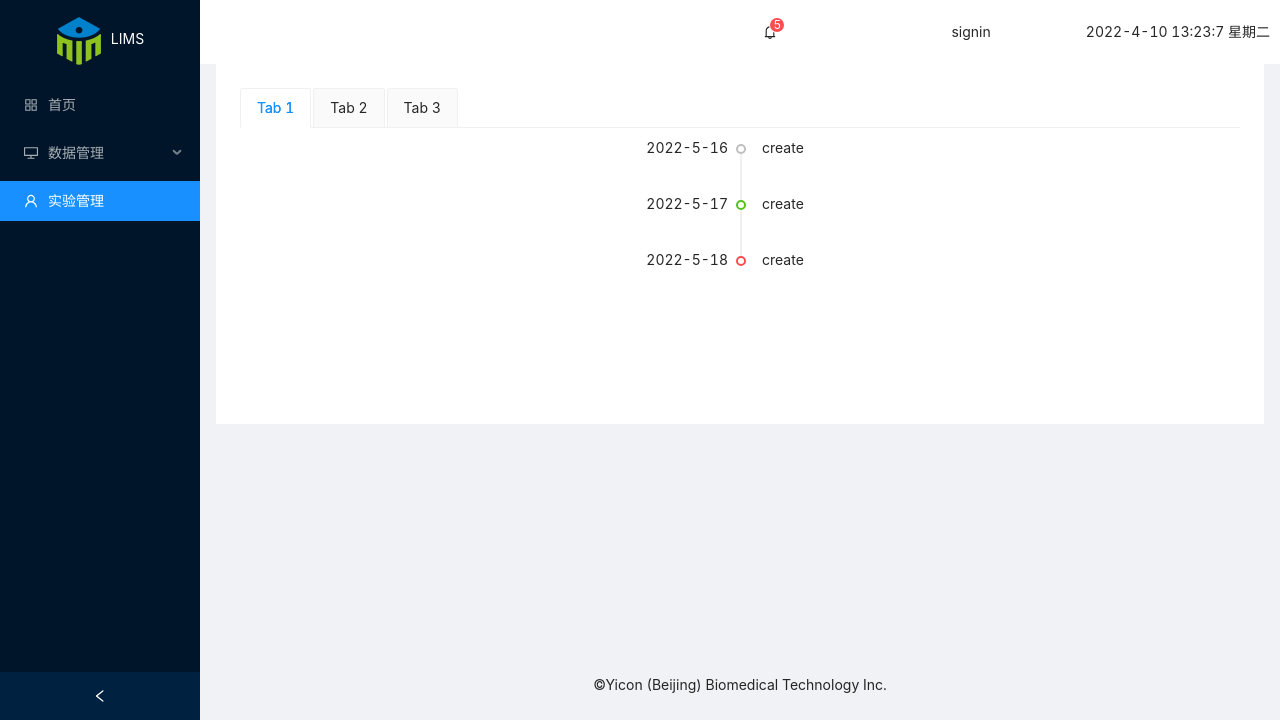
Repository: cornerdream/lims
Page: /experiment
An editor plug-in stored every save of this project. The page is shown before and after the next save, followed by the edit.
The browser window is 1280 px wide. The pictures show the whole page.
The project was rebuilt for these pictures with package versions that can differ from the ones it lists, and the page was loaded fresh each time. Also part of the build but not shown: src/components/core/home.js, src/components/core/signin.js, src/components/core/moreOrder.js, src/components/core/moreSample.js, src/components/core/moreReport.js, src/components/core/moreProject.js, src/components/core/moreResources.js, src/components/views/data.js and 2 more.

Above is the page before, as saved 2022-05-18 15:04:08.

### public/index.html
<!DOCTYPE html>
<html lang="en">
  <head>
    <meta charset="utf-8" />
    <link rel="icon" href="%PUBLIC_URL%/favicon.ico" />
    <meta name="viewport" content="width=device-width, initial-scale=1" />
    <meta name="theme-color" content="#000000" />
    <meta
      name="description"
      content="Web site created using create-react-app"
    />
    <link rel="apple-touch-icon" href="%PUBLIC_URL%/logo192.png" />
    <!--
      manifest.json provides metadata used when your web app is installed on a
      user's mobile device or desktop. See https://developers.google.com/web/fundamentals/web-app-manifest/
    -->
    <link rel="manifest" href="%PUBLIC_URL%/manifest.json" />
    <!--
      Notice the use of %PUBLIC_URL% in the tags above.
      It will be replaced with the URL of the `public` folder during the build.
      Only files inside the `public` folder can be referenced from the HTML.

      Unlike "/favicon.ico" or "favicon.ico", "%PUBLIC_URL%/favicon.ico" will
      work correctly both with client-side routing and a non-root public URL.
      Learn how to configure a non-root public URL by running `npm run build`.
    -->
    <!-- <link rel="stylesheet" href="https://cdnjs.cloudflare.com/ajax/libs/antd/4.20.2/antd.min.css" /> -->
    <title>React App</title>
  </head>
  <body>
    <noscript>You need to enable JavaScript to run this app.</noscript>
    <div id="root"></div>
    <!--
      This HTML file is a template.
      If you open it directly in the browser, you will see an empty page.

      You can add webfonts, meta tags, or analytics to this file.
      The build step will place the bundled scripts into the <body> tag.

      To begin the development, run `npm start` or `yarn start`.
      To create a production bundle, use `npm run build` or `yarn build`.
    -->
  </body>
</html>

### src/index.js
import React from 'react';
import ReactDOM from 'react-dom/client';


import App from './App';
import reportWebVitals from './reportWebVitals';

import 'antd/dist/antd.css';
import './index.css';

// import ReactDOM from "react-dom"
import {BrowserRouter} from 'react-router-dom'
import MyLayout from './components/core/layout';
import PathRoute from './router';
const root = ReactDOM.createRoot(document.getElementById('root'));
root.render(
  <React.StrictMode>
    <App />

    {/* <PathRoute /> */}
    {/* <Layout>
        <PathRoute />
      </Layout> */}
  </React.StrictMode>
);
// ReactDOM.render(
//   <MyLayout>
//     <PathRoute />
//   </MyLayout>,
//   document.getElementById('root')
// )
// If you want to start measuring performance in your app, pass a function
// to log results (for example: reportWebVitals(console.log))
// or send to an analytics endpoint. Learn more: https://bit.ly/CRA-vitals
// reportWebVitals();

### src/App.js
// import logo from './logo.svg';
import './App.css';
import MyLayout from './components/core/layout'
import PathRoute from './router';

import { Provider } from "react-redux";
import store from './store';

function App() {
  return (
    <Provider store={store}>
    <div className="App">
      {/* <header className="App-header">
        <img src={logo} className="App-logo" alt="logo" />
        <p>
          Edit <code>src/App.js</code> and save to reload.
        </p>
        <a
          className="App-link"
          href="https://reactjs.org"
          target="_blank"
          rel="noopener noreferrer"
        >
          Learn React
        </a>
      </header> */}
      {/* <MyLayout> */}
        <PathRoute />
      {/* </MyLayout> */}
    </div>
    </Provider>
  );
}

export default App;

### src/index.css
body {
  margin: 0;
  font-family: -apple-system, BlinkMacSystemFont, 'Segoe UI', 'Roboto', 'Oxygen',
    'Ubuntu', 'Cantarell', 'Fira Sans', 'Droid Sans', 'Helvetica Neue',
    sans-serif;
  -webkit-font-smoothing: antialiased;
  -moz-osx-font-smoothing: grayscale;
}

code {
  font-family: source-code-pro, Menlo, Monaco, Consolas, 'Courier New',
    monospace;
}

/*  */
.ant-layout-sider-children .logo {
  /* height: 32px; */
  margin: 16px;
  /* background: rgba(255, 255, 255, 0.3); */
  color: #fff;
  line-height: 32px;
}

.site-layout .site-layout-background {
  background: #fff;
}

### src/components/core/layout.js
import React , { Component,useState ,useEffect}from 'react';
import { Layout, Menu, Image} from 'antd';
import {AppstoreOutlined,DesktopOutlined,UserOutlined,} from '@ant-design/icons';

import {useNavigate} from 'react-router-dom'

import {withNavigation} from '../helper/wrap'
import MyHeader from './header';

const { Header, Content, Footer, Sider } = Layout;

function getItem(label, key, icon, children) {
  return {
    key,
    icon,
    children,
    label,
  };
}

const items = [
  getItem('首页', '', <AppstoreOutlined />),
  getItem('数据管理', 'data', <DesktopOutlined />,[
    getItem('样本管理', 'sample'),
    getItem('项目管理', 'project'),
  ]),
  getItem('实验管理', 'experiment', <UserOutlined />),
];

// let location = useLocation()

// const MyLayout=(props)=>{
//     // console.log(props)
//     const navigate = useNavigate();
// 	// 页面跳转方法
// 	// console.log(navigate, 'props')

//     const [collapsed,setCollapsed] = useState(false)



//     const onCollapse = (collapsed) => {
//         console.log(collapsed);
//         setCollapsed(collapsed);
//     };




//     let onMenu=({ item, key, keyPath, domEvent })=>{
//         console.log(item,key,keyPath,domEvent)
//         navigate(`/${key}`, { replace: true })
//     }

//     return (
//         <Layout
//         hasSider
//         style={{
//           minHeight: '100vh',
//         }}
//       >
//         <Sider collapsible collapsed={collapsed} onCollapse={onCollapse}>
//             {collapsed?
//             <div className="logo">
//                 <Image

//                     src="./logo.png"
//                     fallback="data:[embedded picture, 3230 characters]"
//                 /></div>
//             :<div className="logo">
//                 <Image

//                     src="./logo.png"
//                     fallback="data:[embedded picture, 3230 characters]"
//                 />
//                 LIMS</div>}

//           <Menu theme="dark" defaultSelectedKeys={['']} mode="inline" items={items} onClick={onMenu}/>
//         </Sider>
//         <Layout className="site-layout">
//           <MyHeader></MyHeader>
//           <Content
//             style={{
//               margin: '0 16px',
//             }}
//           >

//             <div
//               style={{
//                 padding: 24,
//                 minHeight: 360,
//               }}
//             >
//               {props.children}
//             </div>
//           </Content>
//           <Footer
//             style={{
//               textAlign: 'center',
//             }}
//           >
//             ©Yicon (Beijing) Biomedical Technology Inc.
//           </Footer>
//         </Layout>
//       </Layout>
//     )
// }

class MyLayout extends Component {
//   constructor(props){
//     super(props)
//     this.state = {
//         collapsed: false,
//         username:''
//     };
//     this.onCollapse = this.onCollapse.bind(this)
//     this.onSignin = this.onSignin.bind(this)
//   }
  state = {
    collapsed: false,
    username:''
  };
  onCollapse = (collapsed) => {
    console.log(collapsed);
    this.setState({
      collapsed,
    });
  };


  onMenu=({ item, key, keyPath, domEvent })=>{
    console.log(item,key,keyPath,domEvent)
    console.log(this)
    // navigate(`/${key}`, { replace: true })
    this.props.navigate(`/${key}`, { replace: true })
  }
  render() {
    const { collapsed } = this.state;

    return (
      <Layout
        style={{
          minHeight: '100vh',
        }}
      >
        <Sider collapsible collapsed={collapsed} onCollapse={this.onCollapse}>
            {collapsed?
            <div className="logo">
                <Image

                    src="./logo.png"
                    fallback="data:[embedded picture, 3230 characters]"
                /></div>
            :<div className="logo">
                <Image

                    src="./logo.png"
                    fallback="data:[embedded picture, 3230 characters]"
                />
                LIMS</div>}

          <Menu theme="dark" defaultSelectedKeys={[this.props.href.pathname.slice(1)]}  mode="inline" openKeys={[this.props.href.pathname.slice(1)]} items={items} onClick={this.onMenu}/>
        </Sider>
        <Layout className="site-layout">
            <MyHeader></MyHeader>
          {/* <Header
            className="site-layout-background"
            style={{
              padding: '0 10px',
            }}
          >
              <Row>
                  <Col flex={3}></Col>
                  <Col flex={1}>
                    <Badge size="small" count={5}>
                      <BellOutlined />
                    </Badge>
                  </Col>
                  <Col flex={1}>

                      {username?<p>欢迎您，{username}</p>:<Link to={{pathname:'/signin'}}><Button type='text' onClick={this.onSignin}>signin</Button></Link>}

                  </Col>
                  {username&&<Col flex={1}></Col>}
                  {now.getFullYear()+'-'+now.getMonth()+'-'+now.getDate()+' '+now.getHours()+':'+now.getMinutes()+':'+now.getSeconds()+' '+weeks[now.getDay()]}
              </Row>
          </Header> */}
          <Content
            style={{
              margin: '0 16px',
            }}
          >
            {/* <Breadcrumb
              style={{
                margin: '16px 0',
              }}
            >
              <Breadcrumb.Item>User</Breadcrumb.Item>
              <Breadcrumb.Item>Bill</Breadcrumb.Item>
            </Breadcrumb> */}
            <div
              className="site-layout-background"
              style={{
                padding: 24,
                minHeight: 360,
              }}
            >
              {/* <PathRoute /> */}
              {/* {this.props.children} */}
              {/* {withRouter (<PathRoute />)} */}
              {/* <Outlet/> */}
              {this.props.children}
            </div>
          </Content>
          <Footer
            style={{
              textAlign: 'center',
            }}
          >
            ©Yicon (Beijing) Biomedical Technology Inc.
          </Footer>
        </Layout>
      </Layout>
    );
  }
}
console.log(MyLayout)
export default withNavigation(MyLayout)

### src/router.js
import {HashRouter,BrowserRouter,Routes,Route } from 'react-router-dom'
import Home from './components/core/home'
import Signin from './components/core/signin'
import MoreOrder from './components/core/moreOrder'
import MoreSample from './components/core/moreSample'
import MoreReport from './components/core/moreReport'
import MoreProject from './components/core/moreProject'
import MoreResources from './components/core/moreResources'
import Data from './components/views/data'
import Sample from './components/views/sample'
import Project from './components/views/data'
import Experiment from './components/views/experiment'
import MyLayout from './components/core/layout'
import {WrapComps} from './components/helper/wrap'

const PathRoute=()=>{
    return (
        <BrowserRouter>
            {/* 拥有路由需要包裹在BrowserRouter里 */}
            <MyLayout>
            <Routes>
                {/* 将navigate传递，得到路由跳转 */}
                <Route path="/" element={<WrapComps el={Home} />} exact></Route>
                <Route path="/signin" element={<Signin/>}></Route>
                <Route path="/more/order" element={<WrapComps el={MoreOrder}/>}></Route>
                <Route path="/more/sample" element={<MoreSample/>}></Route>
                <Route path="/more/report" element={<MoreReport/>}></Route>
                <Route path="/more/project" element={<MoreProject/>}></Route>
                <Route path="/more/resources" element={<MoreResources/>}></Route>
                <Route path="/data" element={<Data/>}></Route>
                <Route path="/sample" element={<Sample/>}></Route>
                <Route path="/project" element={<Project/>}></Route>
                <Route path="/experiment" element={<Experiment/>}></Route>
            </Routes>
            </MyLayout>
        </BrowserRouter>
    )

}

export default PathRoute

### src/store/index.js
// import {configureStore} from '@reduxjs/toolkit'
import {legacy_createStore as createStore} from 'redux'

// import { authReducer } from './reducers/auth.reducers'
import createRootReducer from './reducers/index'


const store = createStore(createRootReducer())

export default store

### src/components/helper/wrap.js
import { useNavigate, useParams,useLocation} from "react-router-dom";

const WrapComps = (props)=> {
  let navigate = useNavigate();
  let params = useParams();
  let Element = props.el
  return <Element href={useLocation()} params={params} navigate={navigate} {...props} />
}

const withNavigation = (Component) => {

    return (props) => <Component {...props} navigate={useNavigate()} params={useParams()} href={useLocation()}/>;
};

export {
    WrapComps,
    withNavigation
}

### src/components/core/header.js
import React ,{Component,useState,useEffect}from 'react';
import {BellOutlined} from '@ant-design/icons';
import { Layout,Row,Col,Badge,Button} from 'antd';
import {useNavigate} from 'react-router-dom'
import store from '../../store';
import {withNavigation} from '../helper/wrap'
const { Header} = Layout;
// const MyHeader=()=>{
//     const {signin} = store.getState()
//     console.log(signin)
//     const navigate = useNavigate();
//     var weeks=["星期日", "星期一", "星期二", "星期三", "星期四", "星期五", "星期六"];
//     let getDate=()=>{
//         const now = new Date()
//         const date=now.getFullYear()+'-'+now.getMonth()+'-'+now.getDate()+' '+now.getHours()+':'+now.getMinutes()+':'+now.getSeconds()+' '+weeks[now.getDay()]
//         return date
//     }
//     let date = getDate()
//     const [username] = useState('')
//     const [time,setTime] = useState(date)
//     useEffect(()=>{
//         const timer=setInterval(()=>{
//             let date = getDate()
//             setTime(date)
//         },1000)
//         return () => clearInterval(timer);
//     })


//     let onSignin=()=>{
//         console.log(navigate)
//         navigate(`/signin`, { replace: true })
//     }
//     return (
//         <Header
//         className="site-layout-background"
//         style={{
//             padding: '0 10px',
//         }}
//         >
//             <Row>
//                 <Col flex={3}></Col>
//                 <Col flex={1}>
//                 <Badge size="small" count={5}>
//                     <BellOutlined />
//                 </Badge>
//                 </Col>
//                 <Col flex={1}>
//                 { username?<p>欢迎您，{username}</p>:<Button type='text' onClick={onSignin}>signin</Button>}
//                 </Col>
//                 {username&&<Col flex={1}></Col>}
//                 {time}
//             </Row>
//         </Header>
//     )

// }
class MyHeader extends Component{
    state = {
        ...store.getState(),
        collapsed: false,
        username:'',
        time:'',
        timer:null,
        weeks:["星期日", "星期一", "星期二", "星期三", "星期四", "星期五", "星期六"],
      };
    getDate=()=>{
        let {weeks} = this.state
        const now = new Date()
        const date=now.getFullYear()+'-'+now.getMonth()+'-'+now.getDate()+' '+now.getHours()+':'+now.getMinutes()+':'+now.getSeconds()+' '+weeks[now.getDay()]
        return date
    }
    onSignin=()=>{
        this.props.navigate(`/signin`, { replace: true })
    }
    componentDidMount(){
        console.log(this)
        this.getDate()
        this.timer = setInterval(() => {
            let date = this.getDate()
            this.setState({
                time: date
            })
        }, 1000);
    }
    componentWillUnmount() {
        if (this.timer != null) {
            clearInterval(this.timer);
        }
    }
    render(){
        let {time,username} = this.state
        return (

            <Header
            className="site-layout-background"
            style={{
                padding: '0 10px',
            }}
            >
                <Row>
                    <Col flex={3}></Col>
                    <Col flex={1}>
                    <Badge size="small" count={5}>
                        <BellOutlined />
                    </Badge>
                    </Col>
                    <Col flex={1}>
                    { username?<p>欢迎您，{username}</p>:<Button type='text' onClick={this.onSignin}>signin</Button>}
                    </Col>
                    {username&&<Col flex={1}></Col>}
                    {time}
                </Row>
            </Header>

        )
    }

}
export default withNavigation(MyHeader)

### src/components/views/experiment.js
import React ,{Component} from 'react'
import { Tabs } from 'antd';
import Time from '../core/timeline';
const { TabPane } = Tabs;

const initialPanes = [
  { title: 'Tab 1', content: 'Content of Tab 1', key: '1' },
  { title: 'Tab 2', content: 'Content of Tab 2', key: '2' },
  {
    title: 'Tab 3',
    content: 'Content of Tab 3',
    key: '3',
    closable: false,
  },
];

class Experiment extends Component {
  newTabIndex = 0;

  state = {
    activeKey: initialPanes[0].key,
    panes: initialPanes,
  };

  onChange = activeKey => {
    this.setState({ activeKey });
  };



  render() {
    const { panes, activeKey } = this.state;
    return (
      <Tabs
        type="card"
        onChange={this.onChange}
        activeKey={activeKey}
        onEdit={this.onEdit}
      >
        {panes.map(pane => (
          <TabPane tab={pane.title} key={pane.key} closable={pane.closable}>
            {pane.key==1?<Time></Time>:pane.content}
          </TabPane>
        ))}
      </Tabs>
    );
  }
}

export default Experiment;

### src/store/reducers/index.js
import {authReducer} from './auth.reducers'
import { combineReducers } from "redux"

const createRootReducer = () =>
  combineReducers({
    auth: authReducer
  })
export default createRootReducer

### src/components/core/timeline.js
import React ,{Component, useState} from "react";

import { Timeline } from "antd";

class Time extends Component{
    constructor(){
        super()
        this.state={
            mode:'left',
            data:[
                {
                    label:'2022-5-16',
                    color:'gray',
                    title:'create'
                },
                {
                    label:'2022-5-17',
                    color:'green',
                    title:'create'
                },
                {
                    label:'2022-5-18',
                    color:'red',
                    title:'create'
                }
            ]
        }
    }
    render(){
        const {mode,data} =this.state
        return (
            <>
             <Timeline mode={mode}>
                {data.map(item=>{
                    return <Timeline.Item label={item.label} color={item.color} key={item.label}><p>{item.title}</p></Timeline.Item>
                })}

             </Timeline>
            </>
        )

    }
}

export default Time

### src/store/reducers/auth.reducers.js
import {
    RESET_SIGNUP,
    SIGNIN,
    SIGNIN_SUCCESS,
    SIGNIN_FAIL
  } from "../actions/auth.actions"

  import {
    SIGNUP,
    SIGNUP_SUCCESS,
    SIGNUP_FAIL
  } from "../actions/auth.actions"





  export const authReducer=(state={
    signup: {
      loaded: false,
      success: false,
      message: ""
    },
    signin: {
      loaded: false,
      success: false,
      message: ""
    }
  },action)=> {
    switch (action.type) {
      case SIGNUP:
        return {
          ...state,
          signup: {
            loaded: false,
            success: false
          }
        }
      case SIGNUP_SUCCESS:
        return {
          ...state,
          signup: {
            loaded: true,
            success: true
          }
        }
      case SIGNUP_FAIL:
        return {
          ...state,
          signup: {
            loaded: true,
            success: false,
            message: action.message
          }
        }
      case RESET_SIGNUP:
        return {
          ...state,
          signup: {
            loaded: false,
            success: false,
            message: ""
          }
        }
      case SIGNIN:
        return {
          ...state,
          signin: {
            loaded: false,
            success: false,
            message: ""
          }
        }
      case SIGNIN_SUCCESS:
        return {
          ...state,
          signin: {
            loaded: true,
            success: true,
            message: ""
          }
        }
      case SIGNIN_FAIL:
        return {
          ...state,
          signin: {
            loaded: true,
            success: false,
            message: action.message
          }
        }
      default:
        return state
    }
  }

### src/store/actions/auth.actions.js
/**
 * 注册
 */
 export const SIGNUP = "SIGNUP"
 export const SIGNUP_SUCCESS = "SIGNUP_SUCCESS"
 export const SIGNUP_FAIL = "SIGNUP_FAIL"
 export const RESET_SIGNUP = "RESET_SIGNUP"

 export const signup = (payload) => ({
    type: SIGNUP,
    payload
  })

  export const signupSuccess = () => ({
    type: SIGNUP_SUCCESS
  })

  export const signupFail = (message) => ({
    type: SIGNUP_FAIL,
    message
  })

  export const resetSignup = () => ({
    type: RESET_SIGNUP
  })
/**
 * 登录
 */

 export const SIGNIN = "SIGNIN"
 export const SIGNIN_SUCCESS = "SIGNIN_SUCCESS"
 export const SIGNIN_FAIL = "SIGNIN_FAIL"



 export const signin = (payload) => ({
   type: SIGNIN,
   payload
 })

 export const signinSuccess = () => ({
   type: SIGNIN_SUCCESS
 })

 export const signinFail = (message) => ({
   type: SIGNIN_FAIL,
   message
 })

Loaded but not shown: src/reportWebVitals.js (common file); src/App.css (common file)

After the next save:
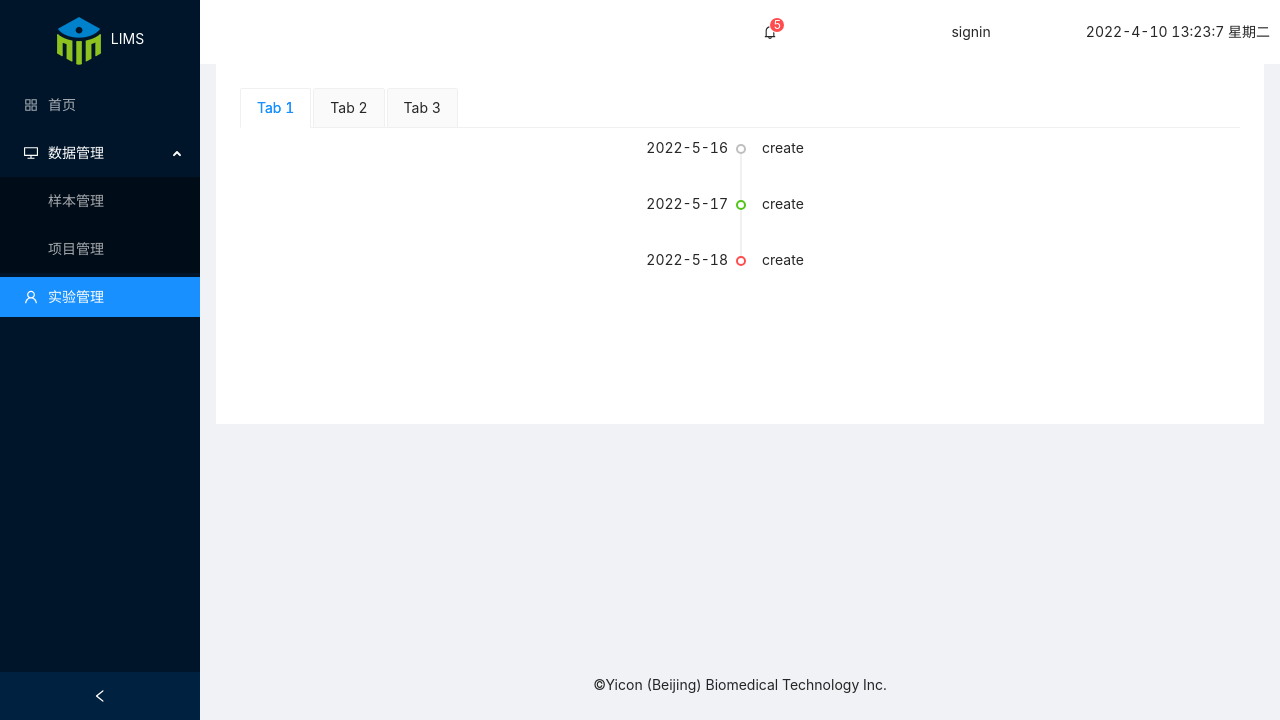
Saved 8 min 51 s later.
--- a/src/components/core/layout.js
+++ b/src/components/core/layout.js
@@ -118,7 +118,8 @@ class MyLayout extends Component {
 //   }
   state = {
     collapsed: false,
-    username:''
+    username:'',
+    submenu:['data']
   };
   onCollapse = (collapsed) => {
     console.log(collapsed);
@@ -134,8 +135,13 @@ class MyLayout extends Component {
     // navigate(`/${key}`, { replace: true })
     this.props.navigate(`/${key}`, { replace: true })
   }
+
+  onOpenChange=(submenu)=>{
+    this.setState({submenu})
+  }
+
   render() {
-    const { collapsed } = this.state;
+    const { collapsed,submenu } = this.state;
 
     return (
       <Layout
@@ -159,7 +165,7 @@ class MyLayout extends Component {
                 />
                 LIMS</div>}
 
-          <Menu theme="dark" defaultSelectedKeys={[this.props.href.pathname.slice(1)]}  mode="inline" openKeys={[this.props.href.pathname.slice(1)]} items={items} onClick={this.onMenu}/>
+          <Menu theme="dark" defaultSelectedKeys={[this.props.href.pathname.slice(1)]}  defaultOpenKeys={submenu} openKeys={submenu} mode="inline" items={items} onClick={this.onMenu} onOpenChange={this.onOpenChange}/>
         </Sider>
         <Layout className="site-layout">
             <MyHeader></MyHeader>
